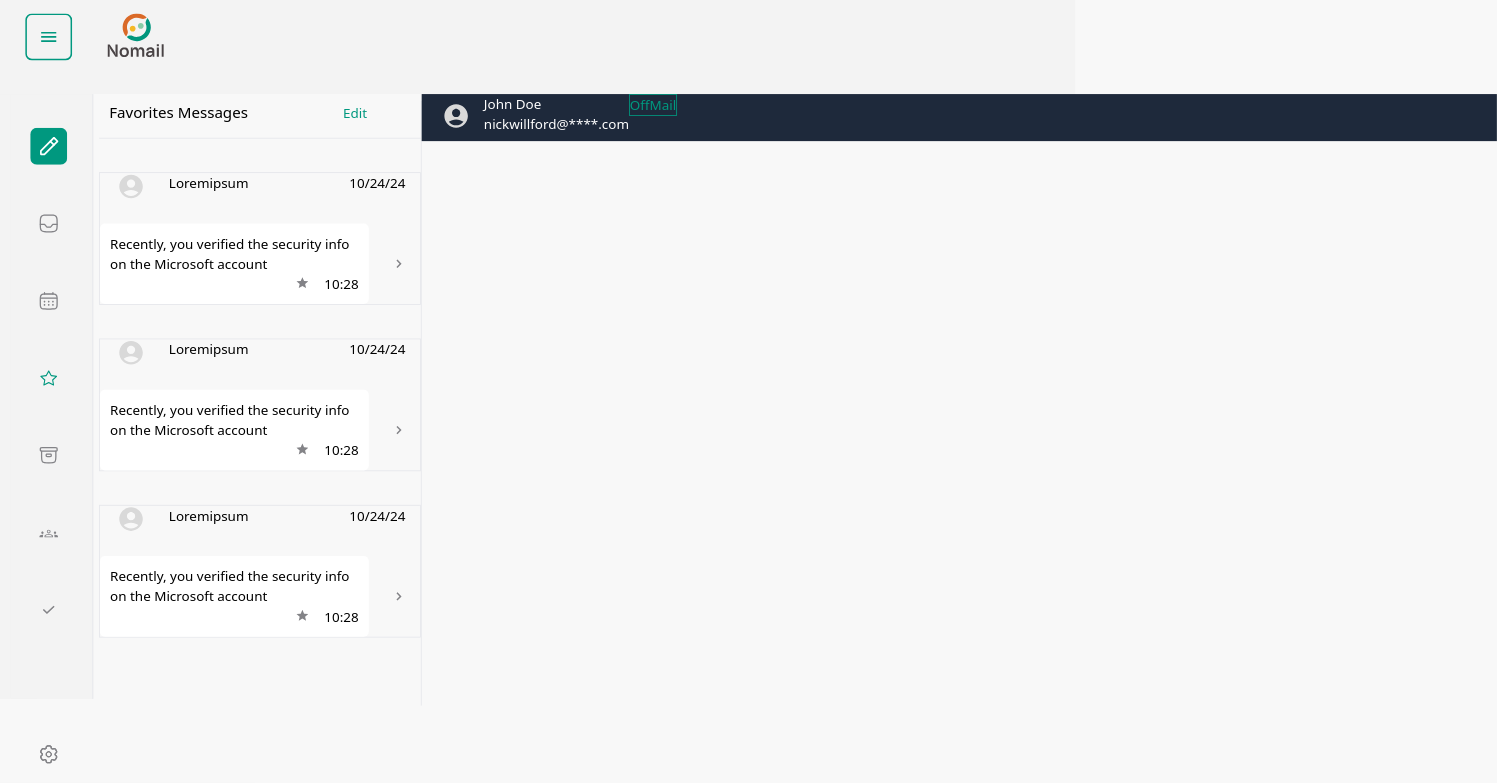
Repository: Tofigkh1/Nomail-Project
Page: /favorites (app in client/)
An editor plug-in stored every save of this project. The page is shown before and after the next save, followed by the edit.
The browser window is 1280 px wide. The page is 1782 px wide, so the pictures cover 1782 px, including what lies to the right of the window. The pictures show the whole page, at 84% of full size.
The project was rebuilt for these pictures with package versions that can differ from the ones it lists, and the page was loaded fresh each time. The framework's server and built-in components were replaced by stand-ins that run in the browser. Also part of the build but not shown: client/next.config.mjs, client/components/shared/svg/FavoritesSvg.jsx, client/components/shared/svg/calendarActiveSvg.jsx, client/components/shared/client/CheckBox/index.tsx.

Above is the page before, as saved 2024-11-22 03:04:37.

After the next save:
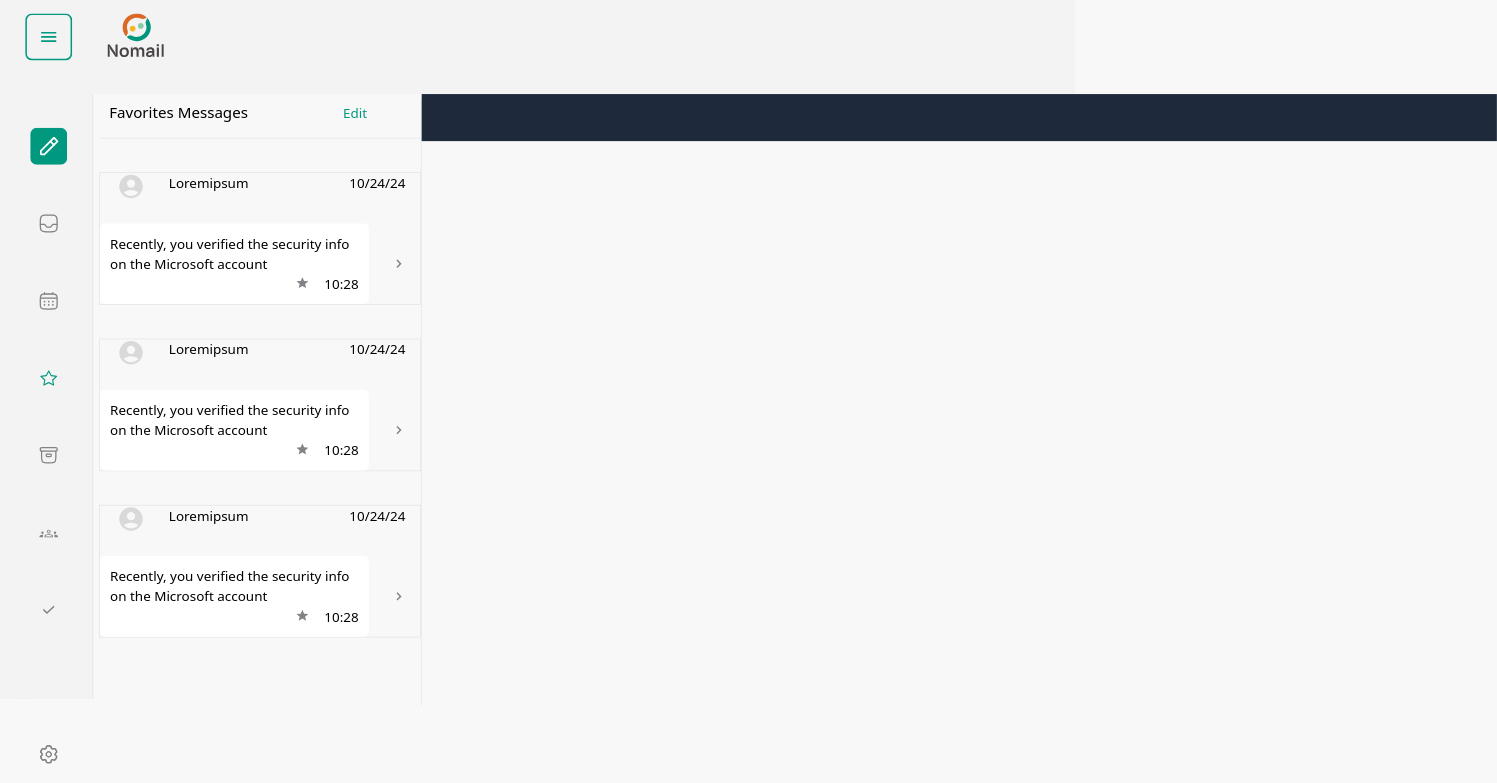
Saved 8 s later.
--- a/client/components/shared/client/messagesView/index.tsx
+++ b/client/components/shared/client/messagesView/index.tsx
@@ -14,31 +14,7 @@
         <header>
             <div className=" top-0 w-screen h-14 bg-slate-800">
 
-                <div className=" flex ">
 
-
-
-
-                <div className=" flex gap-2">
-
-
-                <div className=" pt-2.5 ml-4">
-                <ProfileSvg/>
-                </div>
-                <div className=" text-white">
-                    <h1>John Doe</h1>
-                    <h1>nickwillford@****.com</h1>
-                </div>
-                </div>
-
-
-                <div>
-                    <button className=" border border-buttonColor text-buttonColor">
-                        OffMail
-                    </button>
-                </div>
-
-                </div>
             </div>
         </header>
 

After the save that followed:
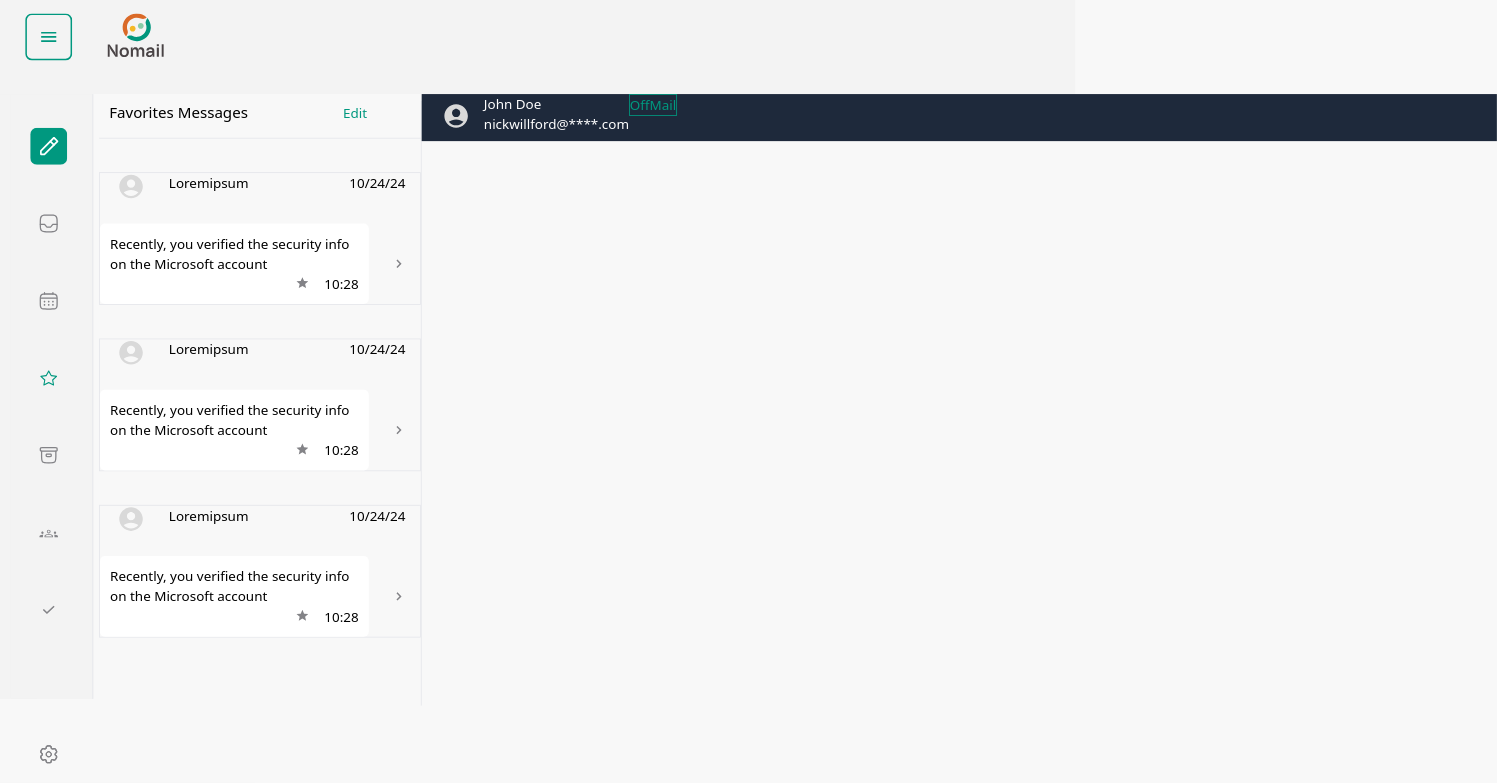
Saved 7 s later.
--- a/client/components/shared/client/messagesView/index.tsx
+++ b/client/components/shared/client/messagesView/index.tsx
@@ -14,7 +14,31 @@
         <header>
             <div className=" top-0 w-screen h-14 bg-slate-800">
 
+                <div className=" flex ">
 
+
+
+
+                <div className=" flex gap-2">
+
+
+                <div className=" pt-2.5 ml-4">
+                <ProfileSvg/>
+                </div>
+                <div className=" text-white">
+                    <h1>John Doe</h1>
+                    <h1>nickwillford@****.com</h1>
+                </div>
+                </div>
+
+
+                <div>
+                    <button className=" border border-buttonColor text-buttonColor">
+                        OffMail
+                    </button>
+                </div>
+
+                </div>
             </div>
         </header>
 
